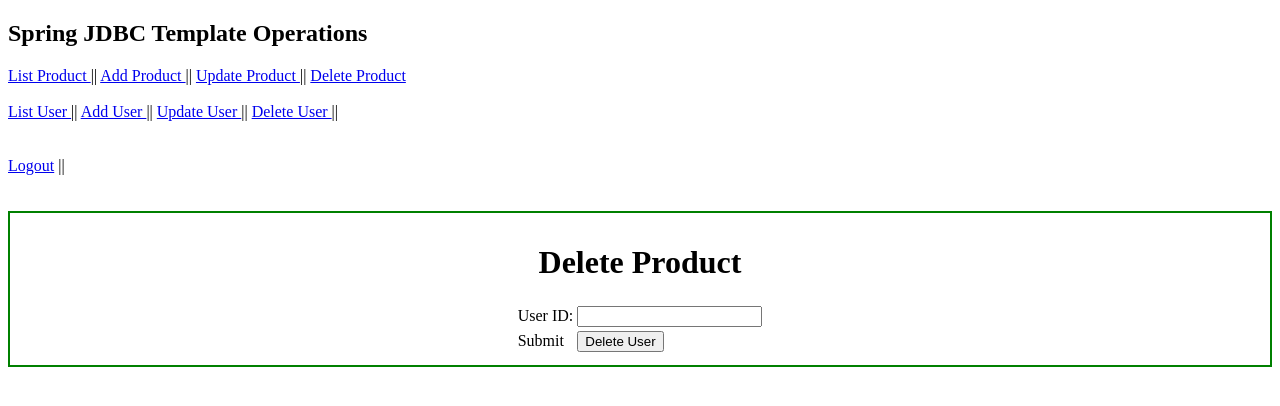
Repository: AnushkaSharma9/Make-an-E-commerce-Website-For-SportyShoes-sportyshoes
Page: http://localhost/phase3-Project-SportyShoes-Webappplication/WEB-INF/view/delete-user.jsp
These files come from the project's save history. The page is drawn as it stood at one moment and after the next save; the edit follows.
The browser window is 1280 px wide. The pictures show the whole page.
The page is served by Tomcat 9. Nobody is signed in. Other server files are loaded and not shown. The template is opened directly, without the code that normally fills it, so the values that code supplies are empty.

Above is the page before, as saved 2021-10-25 18:58:39.

### phase3-Project-SportyShoes-Webappplication/src/main/webapp/WEB-INF/view/delete-user.jsp
<%@ page language="java" contentType="text/html; charset=UTF-8"
	pageEncoding="UTF-8"%>
<%@ taglib uri="http://www.springframework.org/tags/form" prefix="form"%>
<%@ taglib uri="http://java.sun.com/jsp/jstl/core" prefix="core"%>

<!DOCTYPE html>
<html>
<head>
<meta charset="UTF-8">
<title>Delete Product</title>
</head>
<body>

<jsp:include page="home.jsp"></jsp:include>
	<div align="center" style="border: 2px solid green;padding :10px;" >
		<h1>Delete Product</h1>
		<form:form action="delete-user" method="post" modelAttribute="eUser" >
			<table border="0">
				<tr>
					<td>User ID:</td>
					<td><form:input path="id" /></td>
				</tr>


				<tr>
					<td>Submit</td>
					<td><input type="submit" value="Delete User" /></td>
				</tr>
			</table>
		</form:form>
	</div>
</body>
</html>

### phase3-Project-SportyShoes-Webappplication/src/main/webapp/WEB-INF/view/home.jsp
<html>
<body>

	<h2>Spring JDBC Template Operations</h2>
	<a href="list-products"> List Product </a> ||
	<a href="add-product"> Add Product </a>  ||
	<a href="update-product"> Update Product </a>||
   	<a href="delete-product"> Delete Product </a>

   	<br><br>
   	<a href="list-users"> List User </a> ||
	<a href="add-user"> Add User </a>  ||
	<a href="update-user"> Update User </a>||
   	<a href="delete-user"> Delete User </a>||
<br>
<br>
<br>
	 <a href="logout">Logout</a>  ||
	<br><br><br>
</body>
</html>

After the next save:
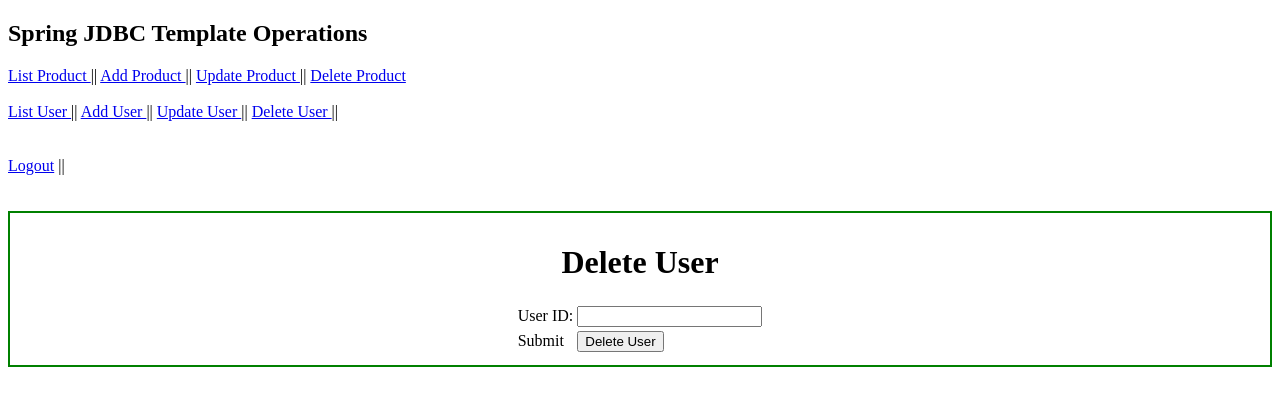
Saved 6 min 54 s later.
--- a/phase3-Project-SportyShoes-Webappplication/src/main/webapp/WEB-INF/view/delete-user.jsp
+++ b/phase3-Project-SportyShoes-Webappplication/src/main/webapp/WEB-INF/view/delete-user.jsp
@@ -7,13 +7,13 @@
 <html>
 <head>
 <meta charset="UTF-8">
-<title>Delete Product</title>
+<title>Delete User</title>
 </head>
 <body>
 
 <jsp:include page="home.jsp"></jsp:include>
 	<div align="center" style="border: 2px solid green;padding :10px;" >
-		<h1>Delete Product</h1>
+		<h1>Delete User</h1>
 		<form:form action="delete-user" method="post" modelAttribute="eUser" >
 			<table border="0">
 				<tr>
